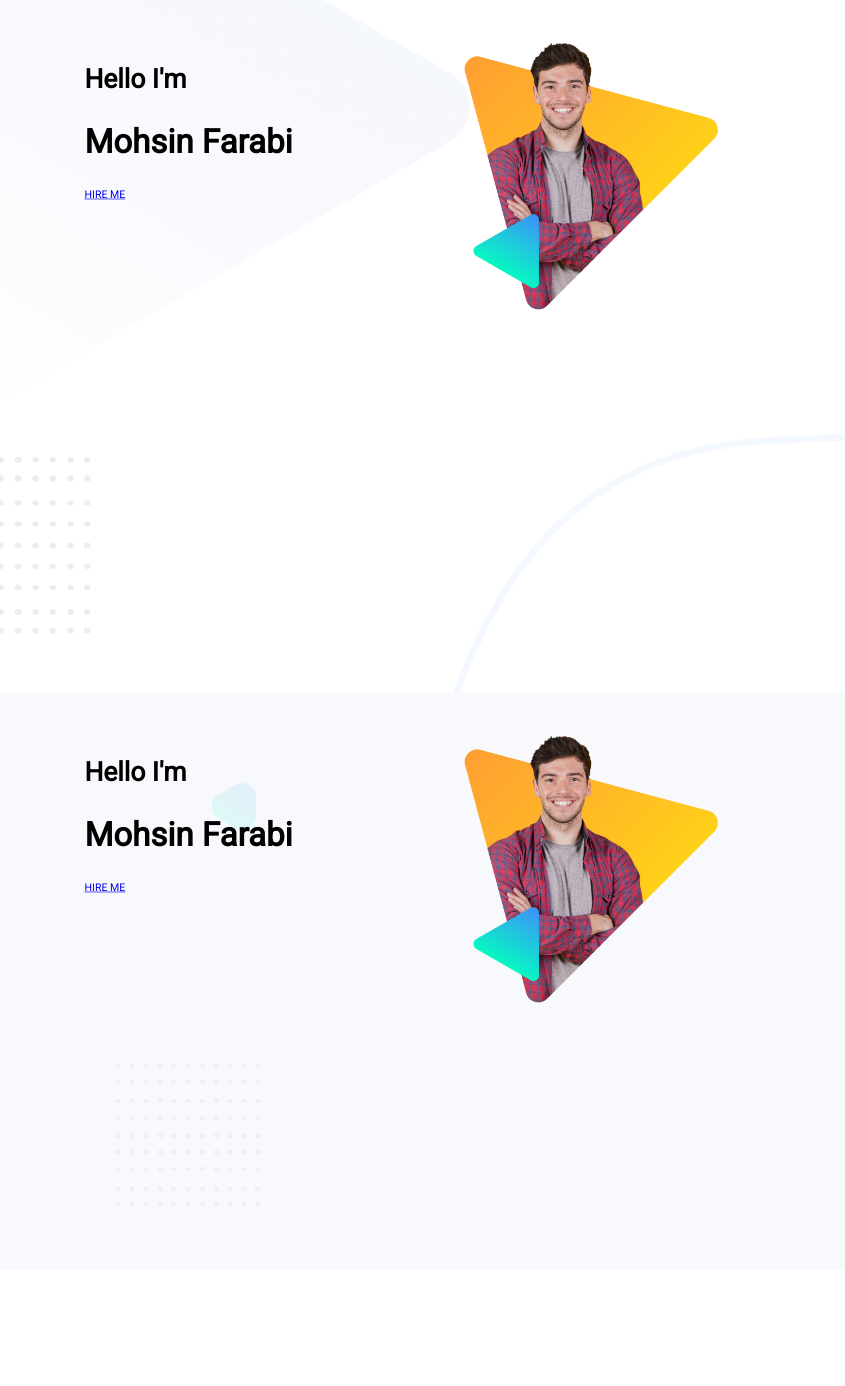
Repository: mohsinfarabi/personal-website
Page: index.html
These files come from the project's save history. The page is drawn as it stood at one moment and after the next save; the edit follows.
The browser window is 1280 px wide. The pictures show the whole page, at 66% of full size.

Above is the page before, as saved 2020-07-01 02:30:20.

### index.html
<!DOCTYPE html>
<html lang="en">

<head>
    <meta charset="UTF-8">
    <meta name="viewport" content="width=device-width, initial-scale=1.0">
    <link href="https://fonts.googleapis.com/css2?family=Roboto" rel="stylesheet">
    <link rel="stylesheet" href="style.css">
    <title>Farabi - Web Developer</title>
</head>

<body>
    <section class="header-part">
        <div class="half-width">
            <h2>Hello I'm</h2>
            <h1>Mohsin Farabi</h1>
            <a class="link-button" target="_blank" href="https://www.linkedin.com/in/mohsin-farabi-68655040/">HIRE ME</a>
        </div>
        <div class="half-width">
            <img src="images/peter.png" alt="">
        </div>
    </section>
    <section class="biography">
        <div class="half-width">
            <h2>Hello I'm</h2>
            <h1>Mohsin Farabi</h1>
            <a class="link-button" target="_blank" href="https://www.linkedin.com/in/mohsin-farabi-68655040/">HIRE ME</a>
        </div>
        <div class="half-width">
            <img src="images/peter.png" alt="">
        </div>
    </section>


</body>

</html>

### style.css
body {
    margin: 0;
    font-family: 'Roboto', sans-serif;
}

h1 {
    font-size: 50px;
}

h2 {
    font-size: 40px;
}

p {
    color: dimgray;
}

section {
    height: 800px;
    padding-bottom: 250px;
}

.biography {
    background-image: url("images/biography-bg.png");
    background-repeat: no-repeat;
}

.header-part {
    background-image: url("images/header-bg.png");
    background-repeat: no-repeat;
}

.half-width {
    width: 30%;
    float: left;
    margin-left: 5%;
    padding: 5%;
}

.half-width img {
    width: 100%;
}

After the next save:
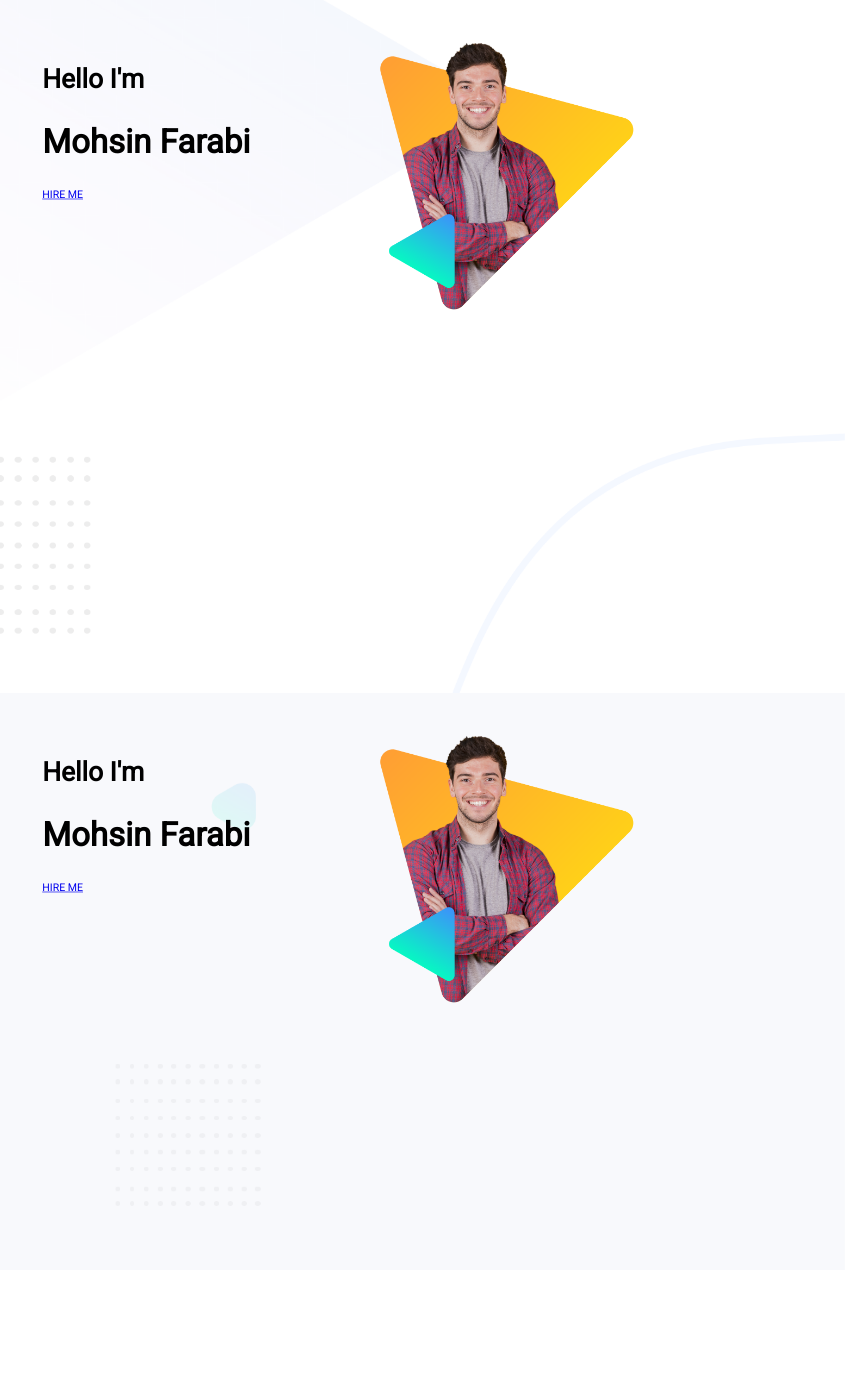
Saved 14 s later.
--- a/style.css
+++ b/style.css
@@ -33,7 +33,6 @@ section {
 .half-width {
     width: 30%;
     float: left;
-    margin-left: 5%;
     padding: 5%;
 }
 
